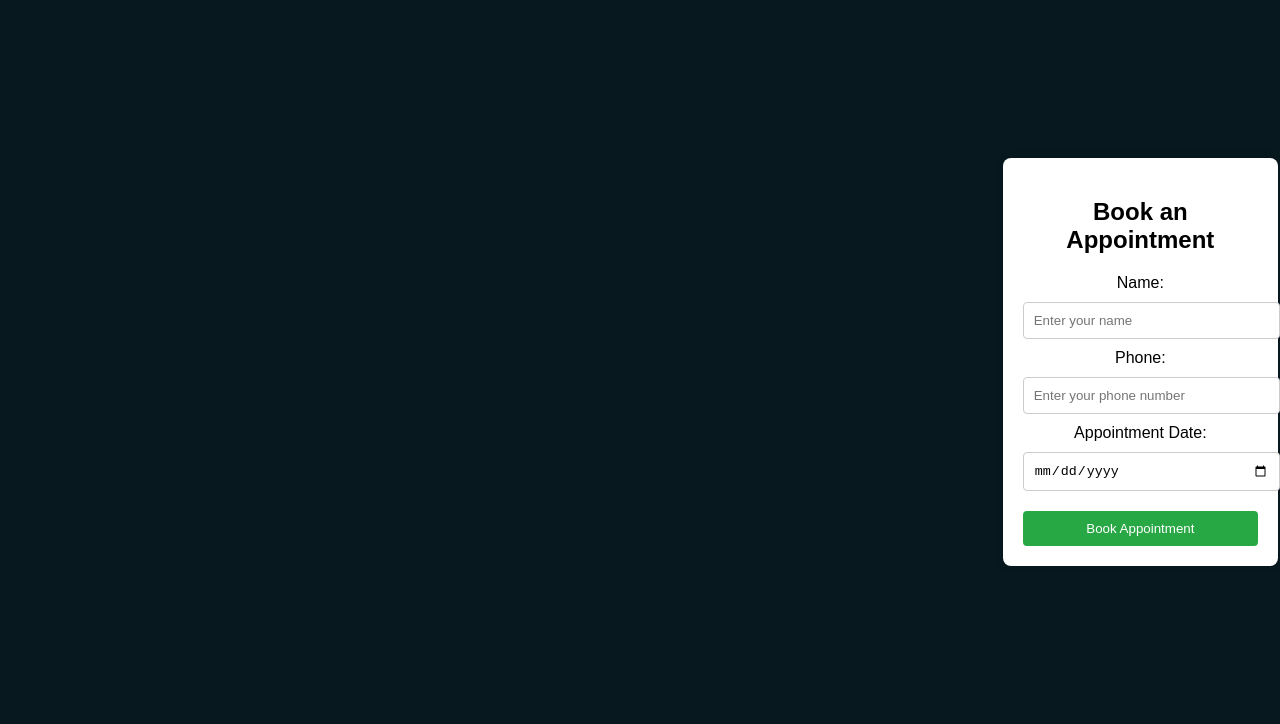
Repository: Anadi-Chauhan/Mentorship-binarybuddy
Page: appointment.html
An editor plug-in stored every save of this project. The page is shown before and after the next save, followed by the edit.
The browser window is 1280 px wide. The pictures show the whole page.

Above is the page before, as saved 2024-10-19 10:38:11.

### appointment.html
<!DOCTYPE html>
<html lang="en">
<head>
    <meta charset="UTF-8">
    <meta name="viewport" content="width=device-width, initial-scale=1.0">
    <title>Book an Appointment</title>
    <link rel="stylesheet" href="appointment.css">
    <link rel="stylesheet" href="stars.css">
</head>
<body>
    <div id="stars" ></div>
    <div class="container">
        <h2>Book an Appointment</h2>
        <form id="appointmentForm">
            <label for="name">Name:</label>
            <input type="text" id="name" placeholder="Enter your name" required>

            <label for="phone">Phone:</label>
            <input type="tel" id="phone" placeholder="Enter your phone number" required>

            <label for="date">Appointment Date:</label>
            <input type="date" id="date" required>

            <button type="button" onclick="bookAppointment()">Book Appointment</button>
        </form>
        <div id="confirmationMessage" style="display:none;">
            <h3>Appointment Confirmed!</h3>
            <p id="details"></p>
        </div>
    </div>

    <script src="appointment.js"></script>
</body>
</html>

### appointment.css
body {
    font-family: Arial, sans-serif;
    display: flex;
    justify-content: center;
    align-items: center;
    height: 100vh;
    border: 2px solid color(srgb 0.0264 0.0958 0.1204);
    background-color: color(srgb 0.0264 0.0958 0.1204);
    margin: 0;
}

.container {
    background-color: white;
    padding: 20px;
    border-radius: 8px;
    box-shadow: 0 0 10px rgba(0, 0, 0, 0.1);
    width: 300px;
    text-align: center;
}

form {
    display: flex;
    flex-direction: column;
}

input {
    margin: 10px 0;
    padding: 10px;
    border: 1px solid #ccc;
    border-radius: 4px;
    width: 100%;
}

button {
    padding: 10px 20px;
    background-color: #28a745;
    color: white;
    border: none;
    border-radius: 4px;
    cursor: pointer;
    margin-top: 10px;
}

button:hover {
    background-color: #218838;
}

#confirmationMessage {
    margin-top: 20px;
}

### stars.css
#stars {
    position: sticky;
    top: 0;
    left: 0;
    width: 100%;
    height: 100%;
}

.star {
    position: fixed;
    background: rgb(86, 140, 155);
    width: 4px;
    height: 4px;
    border-radius: 50%;
    animation: moveStar linear infinite;
}
@keyframes moveStar {
    0% {
        transform: translate(0, 0);
    }
    100% {
        transform: translate(calc(100vw * 0.5), calc(100vh * 0.5));
    }
}

### appointment.js
function bookAppointment() {
    // Get values from the form
    const name = document.getElementById("name").value;
    const phone = document.getElementById("phone").value;
    const date = document.getElementById("date").value;

    // Simple validation
    if (name === "" || phone === "" || date === "") {
        alert("Please fill in all fields.");
        return;
    }

    // Hide the form
    document.getElementById("appointmentForm").style.display = "none";

    // Show confirmation message
    const confirmationMessage = document.getElementById("confirmationMessage");
    confirmationMessage.style.display = "block";

    // Display the details
    const details = `Thank you, ${name}! Your appointment is booked for ${date}. We will contact you at ${phone}.`;
    document.getElementById("details").textContent = details;
}

### stars.js
// Number of stars to create
const numStars = 600;
// Generate stars
for (let i = 0; i < numStars; i++) {
    const star = document.createElement('div');
    star.className = 'star';
    star.style.top = `${Math.random() * 100}%`;
    star.style.left = `${Math.random() * 100}%`;
    star.style.animationDuration = `${Math.random() * 5 + 5}s`; // Randomize animation duration
    star.style.animationDelay = `${Math.random() * 0}s`; // Randomize animation delay
    document.getElementById('stars').appendChild(star);
}

After the next save:
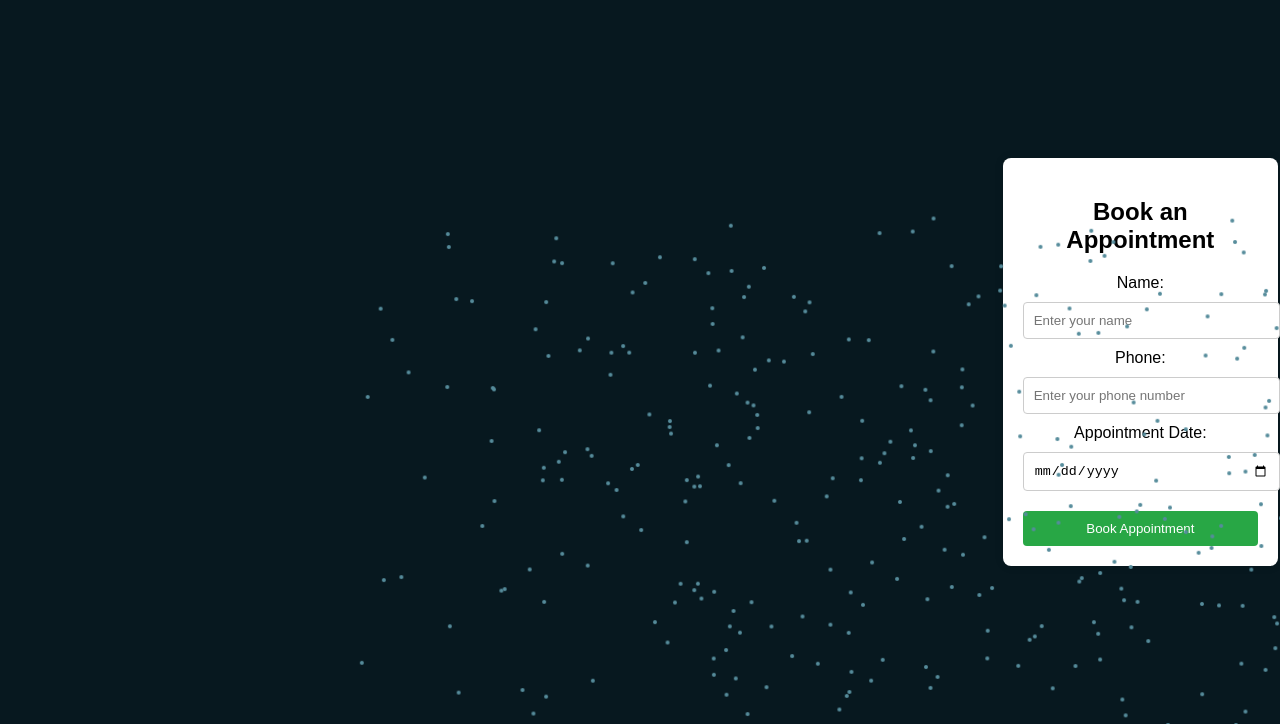
Saved 8 s later.
--- a/appointment.html
+++ b/appointment.html
@@ -30,5 +30,6 @@
     </div>
 
     <script src="appointment.js"></script>
+    <script src="stars.js"></script>
 </body>
 </html>
